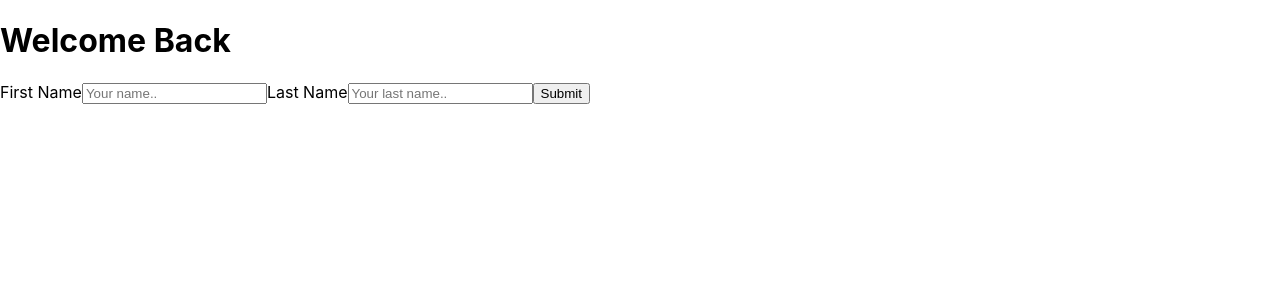
Repository: fatimash2123/todoApp
Page: /
The author's editor kept a copy of each file at every save. The page is drawn from the files as they stood at one save, then again after the next save.
The browser window is 1280 px wide. The pictures show the whole page.
The project was rebuilt for these pictures with package versions that can differ from the ones it lists, and the page was loaded fresh each time.

Above is the page before, as saved 2024-02-12 10:41:30.

### src/App.tsx
import Login from './pages/Login/Login';

function App() {
  return (
    <Login/>
  );
}

export default App;

### src/pages/Login/Login.tsx
import styles from "./Login.module.css";
function Login() {
  return (
    <>
      <h1>Welcome Back</h1>
      <form action="/action_page.php">
        <label htmlFor="fname">First Name</label>
        <input
          type="text"
          id="fname"
          name="firstname"
          placeholder="Your name.."
        />

        <label htmlFor="lname">Last Name</label>
        <input
          type="text"
          id="lname"
          name="lastname"
          placeholder="Your last name.."
        />

        <input type="submit" value="Submit" />
      </form>
    </>
  );
}
export default Login;

Loaded but not shown: public/index.html (common file); src/index.tsx (common file); src/index.css (common file); src/reportWebVitals.ts (common file)

After the next save:
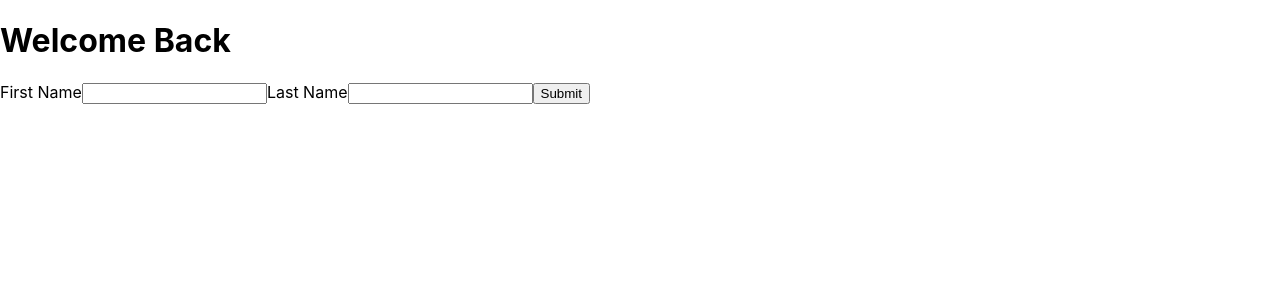
Saved 2 min 51 s later.
--- a/src/pages/Login/Login.tsx
+++ b/src/pages/Login/Login.tsx
@@ -7,17 +7,15 @@ function Login() {
         <label htmlFor="fname">First Name</label>
         <input
           type="text"
-          id="fname"
-          name="firstname"
-          placeholder="Your name.."
+          id="name"
+          name="name"
         />
 
-        <label htmlFor="lname">Last Name</label>
+        <label htmlFor="email">Last Name</label>
         <input
-          type="text"
-          id="lname"
-          name="lastname"
-          placeholder="Your last name.."
+          type="email"
+          id="email"
+          name="email"
         />
 
         <input type="submit" value="Submit" />
